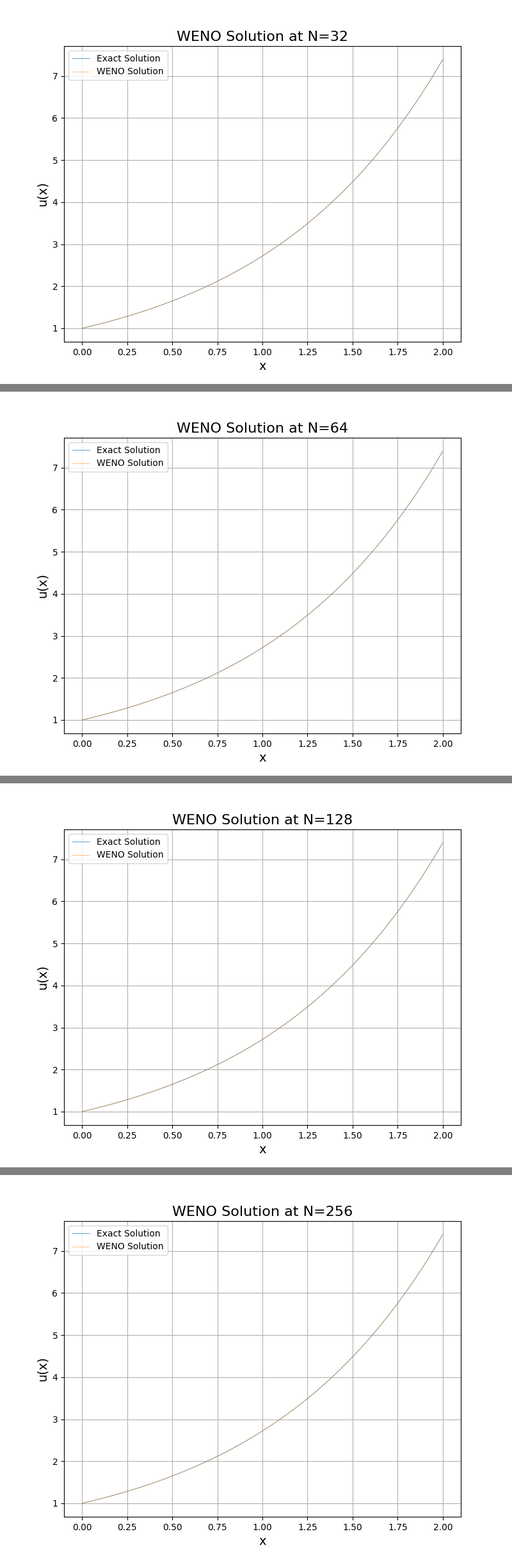
Repository: mishiroo/WENO
Script's output: python main.py
The author's editor kept a copy of each file at every save. The script's output is drawn from the files as they stood at one save, then again after the next save.
The pictures are shown at 64% of full size.
Each picture stacks the figures in order, with grey between them; figures that are only written to a file come last. Random numbers start from a fixed seed.

Above is the script's output before, as saved 2024-12-12 21:17:57.

### main.py
import WENO
import ErrorAnalysis as EA
import numpy as np

# 计算误差阶
# N: Num of cells 网格密度太大 机器误差会影响收敛
NList = [32, 64, 128, 256]
# 存储计算结果
l2_err_list = []
linf_err_list = []
solution_list = []

for n in NList:
    mesh = WENO.Mesh(0, 2, n)  # 实例化的Mesh mesh.mesh访问网格本身
    mesh.SetTestAverageValues()
    theo_values = np.exp(mesh.mesh)
    weno = WENO.WENO1D(mesh=mesh.mesh, avg_values=mesh.avg_values, k=3)

    # weno5_solution = weno.Reconstruct()
    # 模板为5的计算结果
    # weno5_solution = weno.StencilReconstruct_all()
    weno.Reconstruct()
    # 处理边界条件
    weno.BoundaryTreatment(theo_values)
    weno5_solution = weno._solution

    # 统计误差
    linf_err_list.append(EA.LinfError(theo_values, weno5_solution))
    l2_err_list.append(EA.L2Error(theo_values, weno5_solution))
    solution_list.append(weno5_solution)
    # 绘图
    EA.Draw(mesh.mesh, theo_values, weno5_solution)

# np.save("k=5加权结果.npy", solution_list[0])

EA.SaveError("WENO5Error.xlsx", NList, l2_err_list, linf_err_list)

### WENO.py
import tqdm
import numpy as np
from typing import List


# 1D dimension
class WENO1D:

    def __init__(self, mesh: np.ndarray, avg_values: np.ndarray, k: int = 5) -> None:
        """初始化WENO类

        Args:
            mesh (np.ndarray): 网格剖分[lb,...ub]
            avg_values (np.ndarray): 网格剖分[lb,...ub]
            k (int, optional): 模板长度. Defaults to 3.
            Supported k=1, 2, 3, 5
        """
        assert np.size(mesh) - 1 == np.size(
            avg_values
        ), "len(mesh) == len(avg_values) + 1"
        self.avg_values = avg_values
        self.mesh = mesh

        self.order = 2 * k - 1
        self.lb = mesh[0]
        self.ub = mesh[-1]
        self.N = len(mesh) - 1  # Num of cells
        self.k = k  # Num of stencils

        self._solution = np.zeros(self.N + 1)  # 存储WENO重构结果
        self.stencil_solution = np.zeros(self.N + 1)  # 存储模板重构结果

        # 查表得到模板组合线性权
        if self.order == 1:
            self.weights_d = [1]
        elif self.order == 3:
            self.weights_d = [2 / 3, 1 / 3]
        elif self.order == 5:
            self.weights_d = [1 / 10, 3 / 5, 3 / 10]
            # 查表得到模板组合系数
            self.C = np.array(
                [
                    [1 / 3, -7 / 6, 11 / 6],
                    [-1 / 6, 5 / 6, 1 / 3],
                    [1 / 3, 5 / 6, -1 / 6],
                    [11 / 6, -7 / 6, 1 / 3],
                ]
            )
        elif self.order == 9:
            # 直接得到五阶模板 加权可以得到九阶模板
            self.weights_d = np.array([0, 0, 1, 0, 0])  # 书上没有对应权重 取中间的权重
            self.C = np.array(
                [
                    [1 / 5, -21 / 20, 137 / 60, -163 / 60, 137 / 60],
                    [-1 / 20, 17 / 60, -43 / 60, 77 / 60, 1 / 5],
                    [1 / 30, -13 / 60, 47 / 60, 9 / 20, -1 / 20],
                    [-1 / 20, 9 / 20, 47 / 60, -13 / 60, 1 / 30],
                    [1 / 5, 77 / 60, -43 / 60, 17 / 60, -1 / 20],
                    [137 / 60, -163 / 60, 137 / 60, -21 / 20, 1 / 5],
                ]
            )
        else:
            raise ValueError(
                "k must be 1, 2 or 3, 5(测试五阶算法用)"
            )  # 其他阶的系数论文没给，先不写

        self.PrintInfo()

    def PrintInfo(self):
        print(
            f"lb = {self.lb}, ub = {self.ub}, Stencil length = {self.k}, WENO order = {self.order} "
        )
        print(f"Num of cells = {self.N}, Num of Nodes = {self.N + 1} \n")

    def StencilReconstruct(self, index: int) -> List[float]:
        """根据模板进行重构 精度为k阶

        Args:
            index (int): 计算节点的位置索引

        Returns:
            List[float]: 不同模板上的重构结果
        """
        stencil_index = index - 1
        stencil_recons = np.zeros(self.k)  # 存储不同模板重构结果的值
        if stencil_index - self.k + 1 >= 0 and stencil_index + self.k - 1 <= self.N - 1:
            for i in range(self.k):
                stencil_recons[i] = np.inner(
                    self.C[i],
                    self.avg_values[
                        stencil_index - self.k + 1 + i : stencil_index + i + 1
                    ],
                )

        elif stencil_index - self.k + 1 < 0:
            for i in range(self.k):
                stencil_recons[i] = np.inner(
                    self.C[-1],
                    self.avg_values[stencil_index + 1 : stencil_index + self.k + 1],
                )

        elif stencil_index + self.k - 1 > self.N - 1:
            for i in range(self.k):
                stencil_recons[i] = np.inner(
                    self.C[0],
                    self.avg_values[stencil_index - self.k + 1 : stencil_index + 1],
                )
        return stencil_recons

    def SmoothIndicators(self, index: int) -> np.ndarray:
        """计算指示器

        Args:
            index (int): 索引

        Returns:
            np.ndarray: 平滑指示函数
        """
        assert self.k == 2 or self.k == 3, "SmoothIndicators only support k=3 NOW!"
        # 处理非法值
        if index < self.k - 1 or index > self.N - self.k:
            return self.weights_d
        else:
            if self.k == 2:
                beta0 = self.avg_values[index + 1] - self.avg_values[index]
                beta1 = self.avg_values[index] - self.avg_values[index - 1]
                return [beta0, beta1]
            elif self.k == 3:
                beta0 = (
                    13
                    / 12
                    * (
                        self.avg_values[index + 1]
                        - 2 * self.avg_values[index + 1]
                        + self.avg_values[index + 2]
                    )
                    ** 2
                )
                +1 / 4 * (
                    3 * self.avg_values[index]
                    - 4 * self.avg_values[index + 2]
                    + self.avg_values[index + 2]
                ) ** 2
                beta1 = (
                    13
                    / 12
                    * (
                        self.avg_values[index - 1]
                        - 2 * self.avg_values[index]
                        + self.avg_values[index + 1]
                    )
                    ** 2
                )
                +1 / 4 * (self.avg_values[index - 1] - self.avg_values[index + 1]) ** 2
                beta2 = (
                    13
                    / 12
                    * (
                        self.avg_values[index - 2]
                        - 2 * self.avg_values[index - 1]
                        + self.avg_values[index]
                    )
                    ** 2
                )
                +1 / 4 * (
                    3 * self.avg_values[index]
                    - 4 * self.avg_values[index - 1]
                    + self.avg_values[index - 2]
                ) ** 2
            return [beta0, beta1, beta2]

    def FormWeights(self, index: int, eps=1e-6) -> np.ndarray:
        """计算归一化权重

        Args:
            index (int): 索引

        Returns:
            np.ndarray: 权重
        """
        alpha = np.zeros(self.k)
        beta = self.SmoothIndicators(index)
        for i in range(self.k):
            alpha[i] = self.weights_d[i] / (eps + beta[i]) ** 2
        return alpha / np.sum(alpha)

    def NodeReconstruct(self, index: int, eps=1e-6) -> float:
        """WENO加权后的重构 精度为2k-1阶 针对节点进行重构

            返回指定索引的WENO重构结果

        Args:
            index (int): 索引
            eps (_type_, optional): eps参数. Defaults to 1e-6.

        Returns:
            float: 插值结果
        """
        weights = self.FormWeights(index, eps=eps)
        return np.inner(self.weights_d, self.StencilReconstruct(index))

    def Reconstruct(self, eps=1e-6):
        """WENO加权后的重构 精度为2k-1阶 针对区间进行重构

            返回区间上每个节点的WENO重构结果

        Args:
            eps (_type_, optional): eps参数. Defaults to 1e-6.
        """
        for i in tqdm.tqdm(range(self.N + 1)):
            self._solution[i] = self.NodeReconstruct(i, eps=eps)
        return self._solution

    def StencilReconstruct_all(self) -> np.ndarray:
        """精度为2k-1阶 调用StencilReconstruct 针对区间进行重构

            返回区间所有节点使用模板重构结果(收敛阶为模板长度)

        Returns:
            np.ndarray: 重构结果
        """
        for i in range(self.N + 1):
            self.stencil_solution[i] = np.inner(
                self.weights_d, self.StencilReconstruct(i)
            )
        return self.stencil_solution

    def BoundaryTreatment(self, theo_values: np.ndarray) -> None:
        """边界处理: 把遇到的不完整模板计算结果全部用精确值代替

        Args:
            theo_values (np.ndarray): 理论值
        """
        for i in range(self.k):
            # 前k个点
            self._solution[i] = theo_values[i]
            # 后k个点
            self._solution[self.N - i] = theo_values[self.N - i]


class Mesh:
    def __init__(self, lb: float, ub: float, N: int) -> None:
        """初始化网格

        Args:
            lb (float): 左边界
            ub (float): 右边界
            N (int): cells数量
        """
        self.lb = lb
        self.ub = ub
        self.N = N
        self.mesh = np.linspace(lb, ub, N + 1)
        self.avg_values = np.zeros(N)  # Initialize avg_values

    def BindAverageValues(self, avg_values: List[float]) -> None:
        """绑定平均值

        Args:
            avg_values (List[float]): 平均值
        """
        assert len(avg_values) == self.N, "avg_values length must be N"
        self.avg_values = avg_values

    def SetTestAverageValues(self):
        """测试用例
        func = e^x
        设置精确的单元格积分均值
        """
        for i in range(self.N):
            integrate = np.exp(self.mesh[i + 1]) - np.exp(self.mesh[i])
            self.avg_values[i] = integrate / (self.mesh[i + 1] - self.mesh[i])

### ErrorAnalysis.py
# 分析计算结果的收敛阶 绘制计算效果图
import numpy as np
import pandas as pd
from typing import List
from matplotlib import pyplot as plt


def AccuracyOrder(N1: int, N2: int, Error1: int, Error2: int) -> float:
    """给定两组剖分和计算结果，计算收敛阶

    Args:
        N1 (int): 第一次剖分的网格数
        N2 (int): 第二次剖分的网格数
        Error1 (int): 第一次剖分的误差
        Error2 (int): 第二次剖分的误差

    Returns:
        float: 收敛阶
    """
    return np.log(Error1 / Error2) / np.log(N2 / N1)


def AccuracyOrders(NList: List[int], ErrorList: List[float]) -> np.ndarray:
    """对两组及以上剖分结果进行收敛阶分析 返回长度为len(NList)第一个元素为None的收敛阶数组
    输入参数是Num of cells
    Args:
        NList (List[int]): 网格剖分参数列表
        ErrorList (List[float]): 误差结果列表

    Returns:
        np.ndarray: 收敛阶列表
    """
    assert len(NList) == len(
        ErrorList
    ), f"length of NList and ErrorList must be equal, but {len(NList)} and {len(ErrorList)} are given"
    orderList = np.zeros(len(NList))
    orderList[0] = None
    for i in range(1, len(NList)):
        orderList[i] = AccuracyOrder(
            NList[i], NList[i - 1], ErrorList[i], ErrorList[i - 1]
        )
    return orderList


def AccuracyOrders_h(hList: List[float], ErrorList: List[float]) -> np.ndarray:
    """对两组及以上剖分结果进行收敛阶分析 返回长度为len(hList)第一个元素为None的收敛阶数组
    输入参数是剖分长度
    Args:
        hList (List[int]): 网格剖分长度列表
        ErrorList (List[float]): 误差结果列表

    Returns:
        np.ndarray: 收敛阶列表
    """
    N = [int(1/h) for h in hList]
    return AccuracyOrders(N, ErrorList)


def SaveError(
    fn: str, NList: List[int], L2ErrorList: List[float], LinfErrorList: List[float]
) -> None:
    """保存误差结果

    Args:
        fn (str): 保存文件名
        NList (List[int]): 网格剖分参数列表
        ErrorList (List[float]): 误差结果列表
    """
    ac_orders_l2 = AccuracyOrders(NList, L2ErrorList)
    ac_orders_linf = AccuracyOrders(NList, LinfErrorList)
    # 保存计算结果
    data = {
        "N": NList,
        "L2Error": L2ErrorList,
        "L2Order": ac_orders_l2,
        "LInfError": LinfErrorList,
        "LInfOrder": ac_orders_linf,
    }
    df = pd.DataFrame(data)
    df.to_excel(fn, index=False)
    # 打印误差
    print(f"l2 err accuracy order: {ac_orders_l2}")
    print(f"linf err accuracy order: {ac_orders_linf}")


def L2Error(analytical: List[float], numerical: List[float]) -> float:
    """计算L2误差

    Args:
        analytical (List[float]): 解析解
        numerical (List[float]): 数值解

    Returns:
        float: L2误差
    """
    return np.sqrt(np.sum([(a - n) ** 2 for a, n in zip(analytical, numerical)]))


def LinfError(analytical: List[float], numerical: List[float]) -> float:
    """计算Linf误差

    Args:
        analytical (List[float]): 解析解
        numerical (List[float]): 数值解

    Returns:
        float: Linf误差
    """
    return max([abs(a - n) for a, n in zip(analytical, numerical)])


def Draw(
    mesh: np.ndarray,
    theo_values: np.ndarray,
    weno_values: np.ndarray,
    show=False,
    fn: str = None,
):
    """只绘制剖分为N的精确值与数值解对比图

    Args:
        mesh (np.ndarray): 剖分网格
        theo_values (np.ndarray): 理论值
        weno_values (np.ndarray): WENO求解结果
        show(Bool, optional): 是否显示图形. Defaults to False.
        fn (str, optional): 保存文件名. Defaults to None.
    """
    N = mesh.size - 1
    # 创建图形
    plt.figure(figsize=(8, 6))

    # 绘制理论值
    plt.plot(
        mesh,
        theo_values,
        label="Exact Solution",
        linestyle="-",
        linewidth=0.5,
    )
    # 绘制WENO数值解
    plt.plot(
        mesh,
        weno_values,
        label="WENO Solution",
        linestyle="--",
        linewidth=0.5,
    )
    # 设置标题和标签

    plt.title(f"WENO Solution at N={N}", fontsize=16)
    plt.xlabel("x", fontsize=14)
    plt.ylabel("u(x)", fontsize=14)

    # 显示图例
    plt.legend()

    # 显示网格
    plt.grid(True)
    if fn is not None:
        plt.savefig(f"figures/{fn}.png")
    else:
        plt.savefig(f"figures/WENO5-N={N}.png")
    # 展示图形
    if show:
        plt.show()

After the next save:
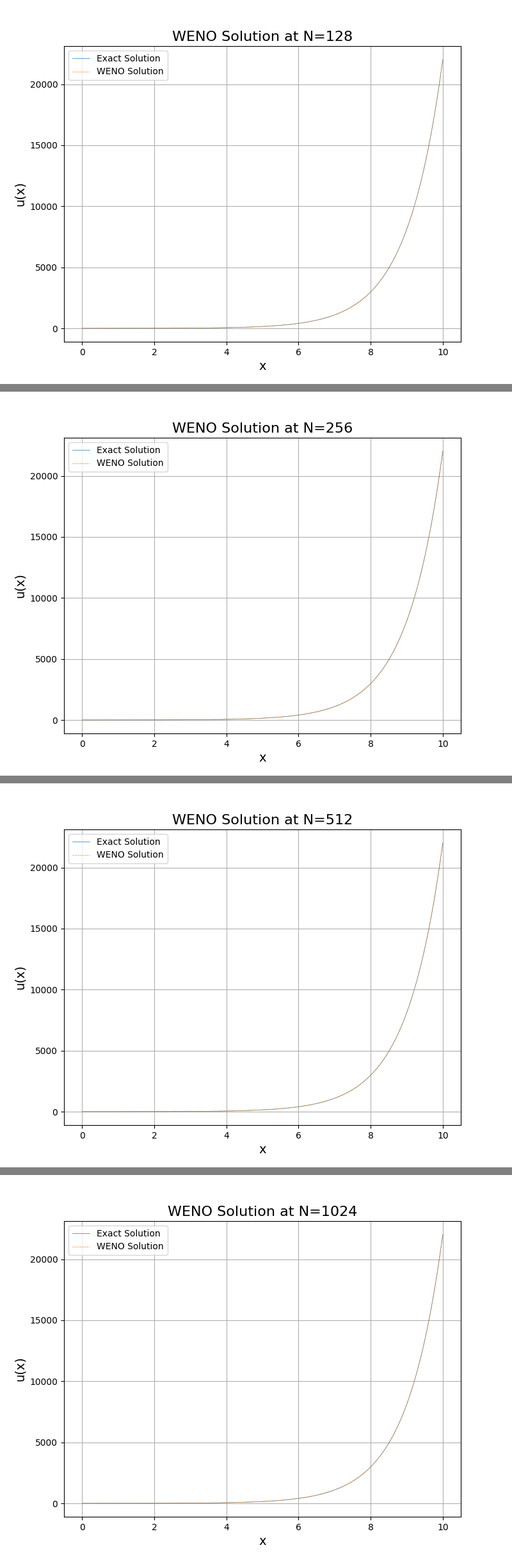
Saved 26 s later.
--- a/main.py
+++ b/main.py
@@ -4,14 +4,14 @@ import numpy as np
 
 # 计算误差阶
 # N: Num of cells 网格密度太大 机器误差会影响收敛
-NList = [32, 64, 128, 256]
+NList = [128, 256, 512, 1024]
 # 存储计算结果
 l2_err_list = []
 linf_err_list = []
 solution_list = []
 
 for n in NList:
-    mesh = WENO.Mesh(0, 2, n)  # 实例化的Mesh mesh.mesh访问网格本身
+    mesh = WENO.Mesh(0, 10, n)  # 实例化的Mesh mesh.mesh访问网格本身
     mesh.SetTestAverageValues()
     theo_values = np.exp(mesh.mesh)
     weno = WENO.WENO1D(mesh=mesh.mesh, avg_values=mesh.avg_values, k=3)
